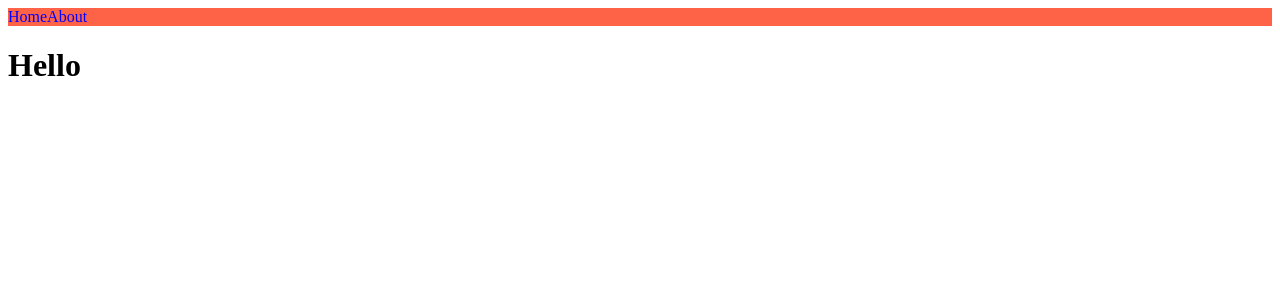
Repository: JulyK9/nextjsstart
Page: /
An editor plug-in stored every save of this project. The page is shown before and after the next save, followed by the edit.
The browser window is 1280 px wide. The pictures show the whole page.
The project was rebuilt for these pictures with package versions that can differ from the ones it lists, and the page was loaded fresh each time. Some packages were replaced by stand-ins written for this rebuild. The framework's server and built-in components were replaced by stand-ins that run in the browser. Also part of the build but not shown: next.config.js.

Above is the page before, as saved 2022-06-09 14:15:18.

After the next save:
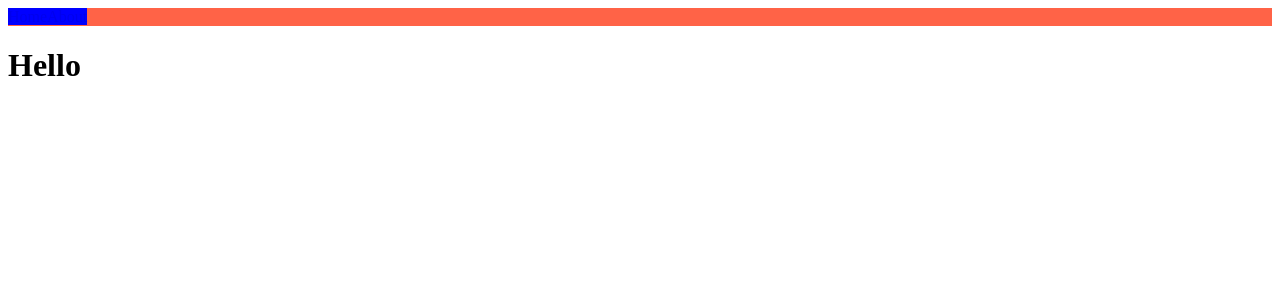
Saved 15 s later.
--- a/pages/index.js
+++ b/pages/index.js
@@ -7,7 +7,7 @@
       <h1>Hello</h1>
       <style jsx>{`
         a {
-          color: blue;
+          background: blue;
         }
       `}</style>
     </div>
